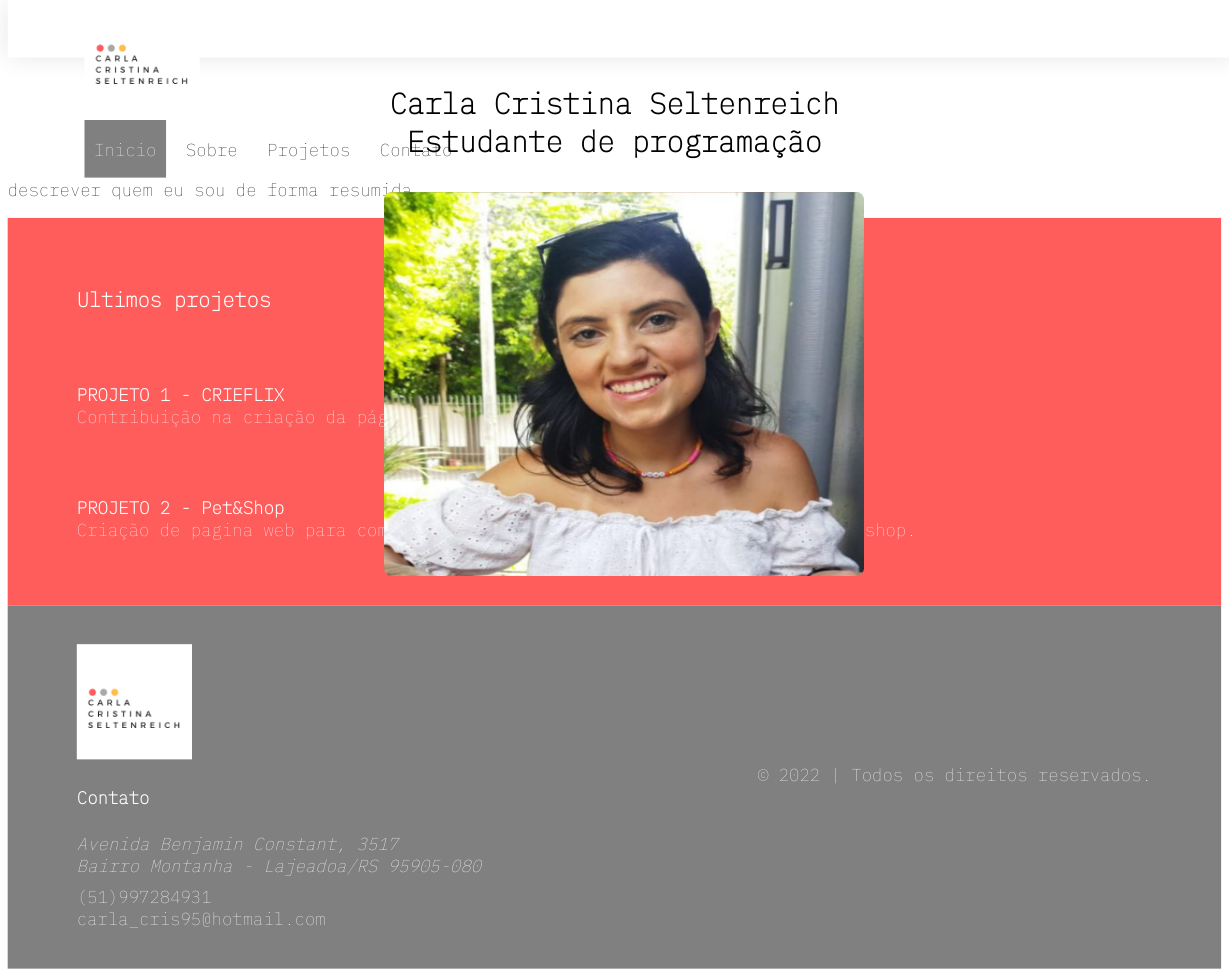
Repository: carla-seltenreich/portfolio
Page: index.html
An editor plug-in stored every save of this project. The page is shown before and after the next save, followed by the edit.
The browser window is 1280 px wide. The pictures show the whole page, at 96% of full size.

Above is the page before, as saved 2022-05-24 16:49:38.

After the next save:
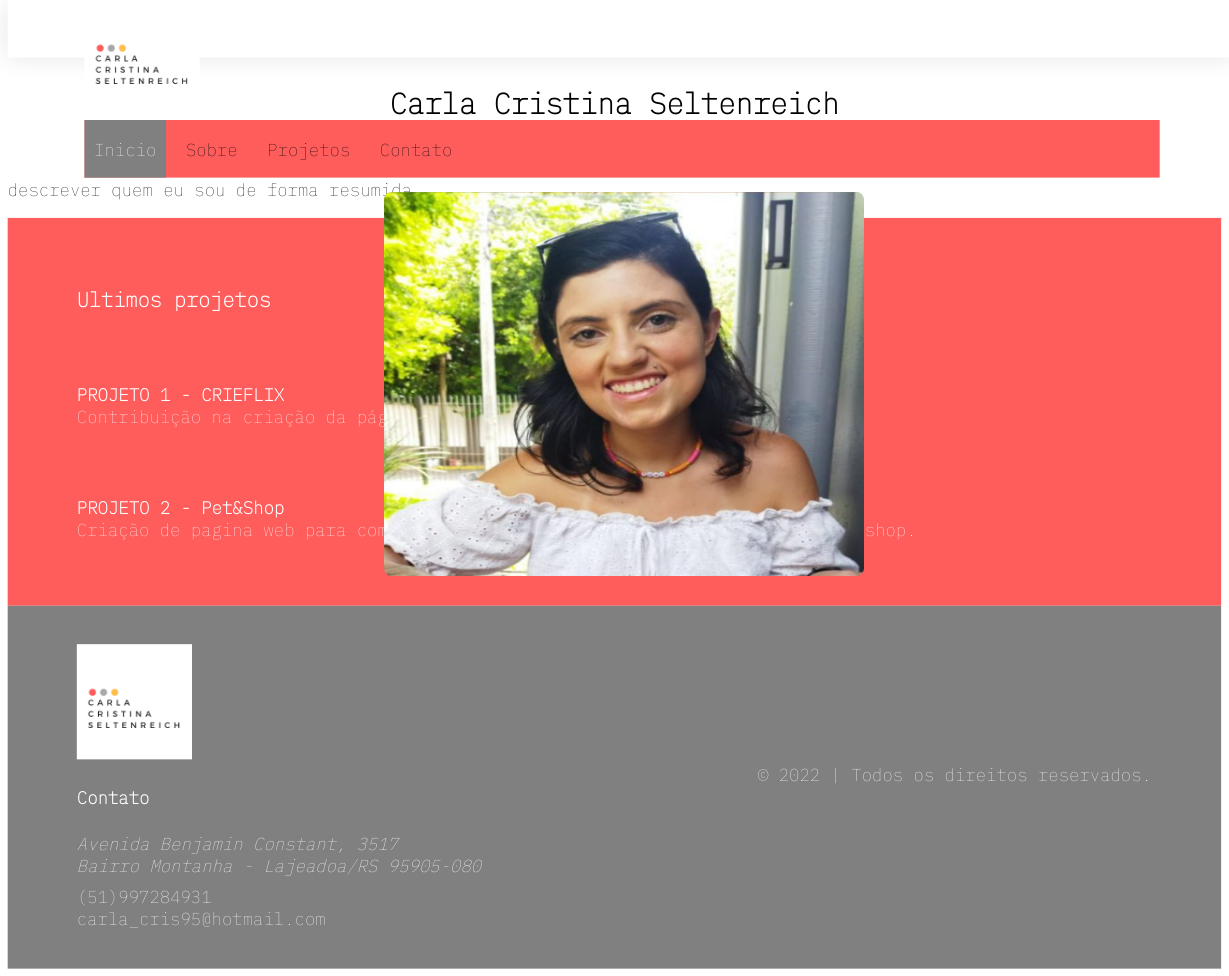
Saved 16 s later.
--- a/style.css
+++ b/style.css
@@ -31,6 +31,7 @@ body {
     margin: 0;
     padding: 0;
     list-style: none;
+    background-color: #ff5c5c;
 }
 .nav li {
     display: inline-block;
